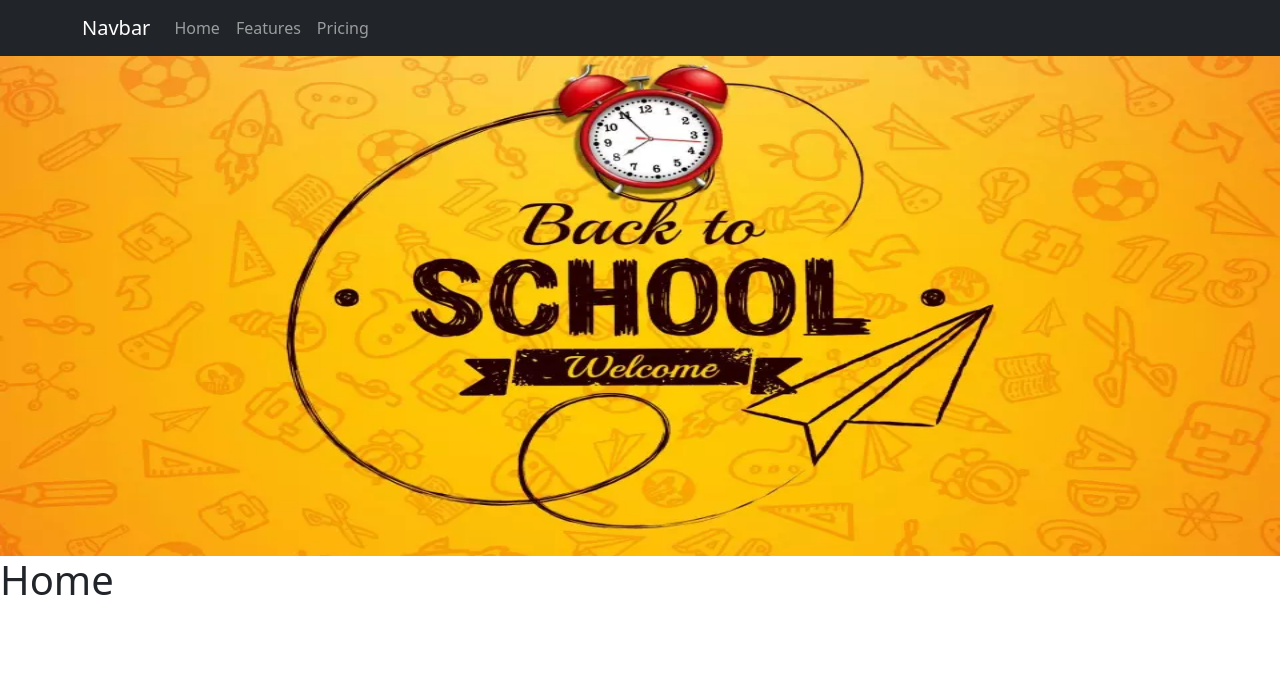
Repository: ankitgujre01/React-day-12
Page: / (app in crud/)
These files come from the project's save history. The page is drawn as it stood at one moment and after the next save; the edit follows.
The browser window is 1280 px wide. The pictures show the whole page.
The project was rebuilt for these pictures with package versions that can differ from the ones it lists, and the page was loaded fresh each time. Also part of the build but not shown: crud/vite.config.js, crud/src/css/style.css.

Above is the page before, as saved 2025-04-11 23:08:46.

After the next save:
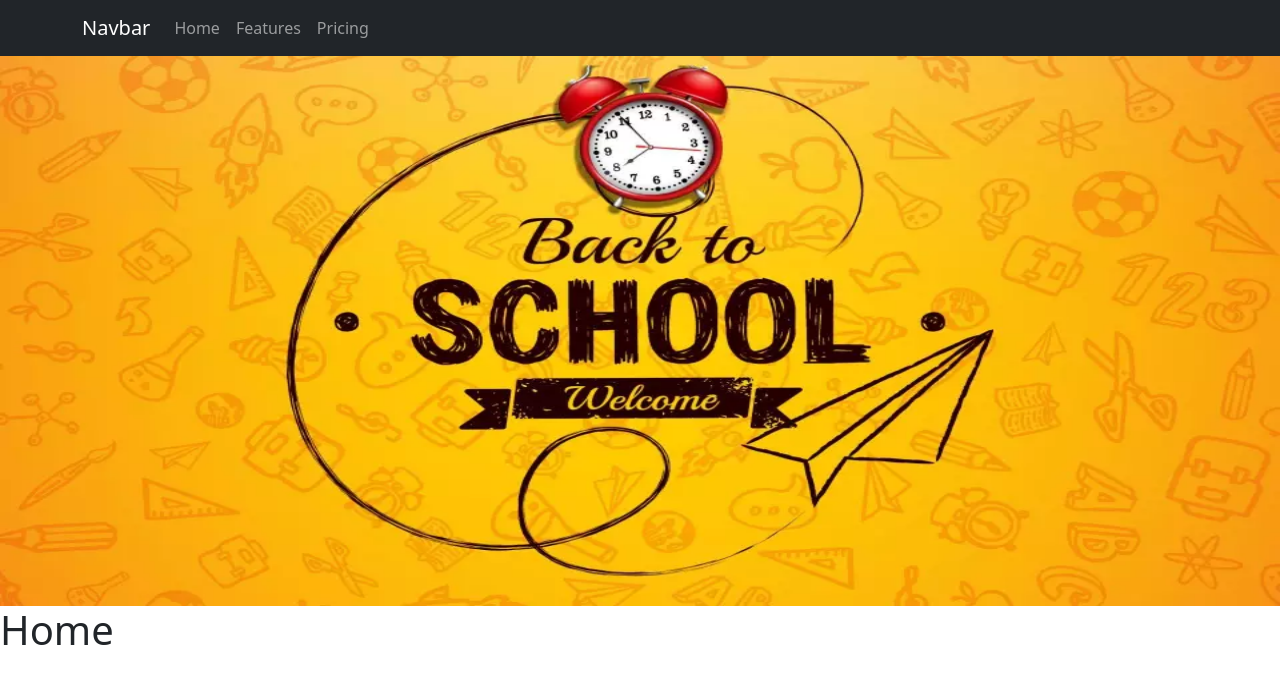
Saved 9 s later.
--- a/crud/src/components/TopBanner.jsx
+++ b/crud/src/components/TopBanner.jsx
@@ -4,7 +4,7 @@ const TopBanner = () => {
   return (
       <>
           <div>
-              <img src={myimg} alt="Banner" width='100%' height="500px"/>
+              <img src={myimg} alt="Banner" width='100%' height="550px"/>
               </div>
       </>
   )
